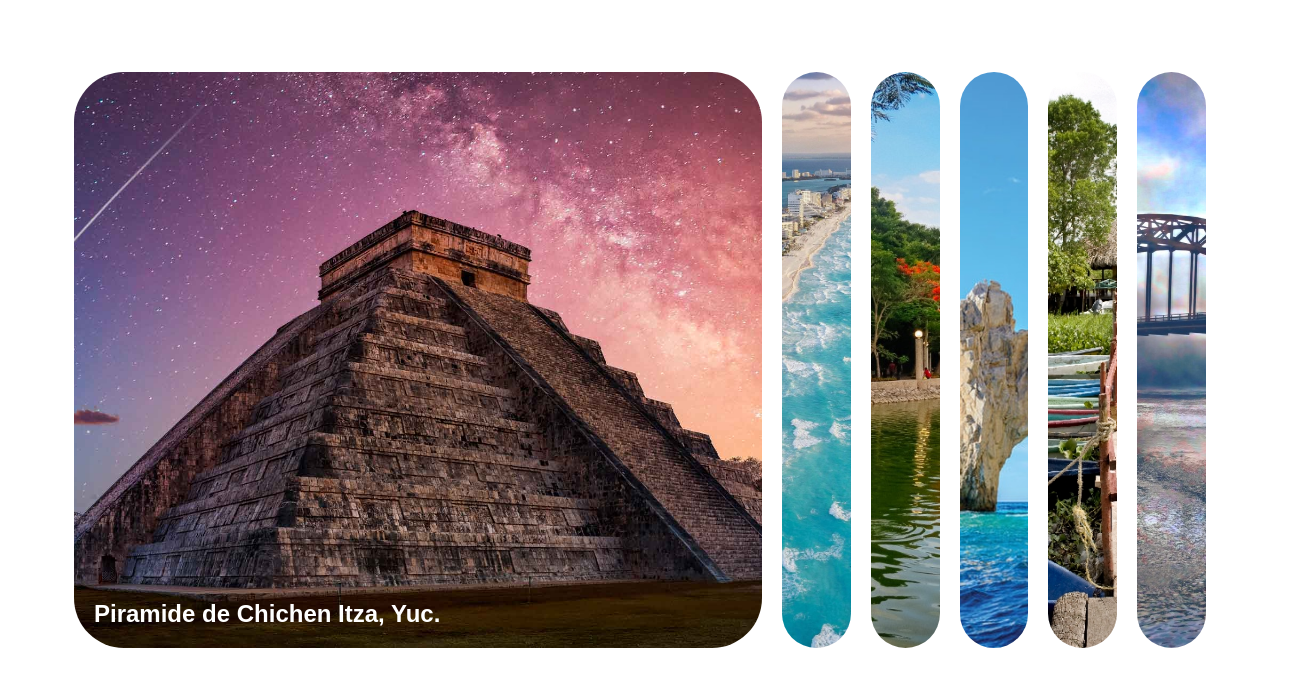
Repository: ElideZavala/Tarjetas-de-Imagenes
Page: index.html
An editor plug-in stored every save of this project. The page is shown before and after the next save, followed by the edit.
The browser window is 1280 px wide. The page is 1282 px wide, then 1310 px, so the pictures cover 1310 px, including what lies to the right of the window. The pictures show the whole page.
Some web fonts or font styles are not loaded; a fallback is used.

Above is the page before, as saved 2021-05-27 10:48:06.

### index.html
<!DOCTYPE html>
<html lang="es">
<head>
	<meta charset="UTF-8">
	<meta http-equiv="X-UA-Compatible" content="IE=edge">
	<meta name="viewport" content="width=device-width, initial-scale=1.0">
	<!-- <link rel="stylesheet" href="https://cdnjs.cloudflare.com/ajax/libs/font-awesome/5.15.3/css/all.min.css" integrity="sha512-iBBXm8fW90+nuLcSKlbmrPcLa0OT92xO1BIsZ+ywDWZCvqsWgccV3gFoRBv0z+8dLJgyAHIhR35VZc2oM/gI1w==" crossorigin="anonymous" referrerpolicy="no-referrer" /> -->
	<title>Fotos e Imagenes</title>
	<link rel="stylesheet" href="normalize.css">
	<link rel="stylesheet" href="./style.css">
</head>
<body>
	<div class="container">
		<div class="panel active" style="background-image: url(./assets/imagenes/piramide\ maya.jpg);">
			<h3>Piramide de Chichen Itza, Yuc.  </h3>
		</div>
		<div class="panel" style="background-image: url(./assets/imagenes/cancun.jpg);">
			<h3>Cancun, QR.</h3>
		</div>
		<div class="panel" style="background-image: url(./assets/imagenes/Villahermosa.jpg);">
			<h3>Villahermosa, Tab.</h3>
		</div>
		<div class="panel" style="background-image: url(./assets/imagenes/los-cabos.jpg);">
			<h3>Los cabos, BC.</h3>
		</div>
		<div class="panel" style="background-image: url(./assets/imagenes/TabascoHome3_960x651.jpg);">
			<h3>Pantanos de centla, Tab.</h3>
		</div>
		<div class="panel" style="background-image: url(./assets/imagenes/boca\ del\ cerro.jpg)">
			<h3>Tenosique, Tab.</h3>
		</div>

	</div>

	<script src="script.js"></script>
</body>
</html>

### style.css
@import url('https://fonts.googleapis.com/css?family=Muli&display=swap');

* {
	box-sizing: border-box;
}

body {
	font-family: 'Muli', sans-serif;
	display: flex;
	flex-direction: column;
	align-items: center;
	justify-content: center;
	height: 100vh;
	overflow: hidden;
	margin: 0;
}

.container {
	display: flex;
	width: 90vw;
}

.panel {
	background-size: cover;
	background-position: center;
	background-repeat: no-repeat;
	height: 80vh;
	border-radius: 50px;
	color: #fff;
	cursor: pointer;
	flex: 0.5;
	margin: 10px;
	position: relative;
	transition: flex 0.7s ease-in;
}

.panel h3 {
	font-size: 24px;
	position: absolute;
	bottom: 20px;
	left: 20px;
	margin: 0;
	opacity: 0;
}

.panel.active {
	flex: 5;
}

.panel.active h3 {
	opacity: 1;
	transition: opacity 0.3s ease-in 0.4s;
}

@media (max-width: 480px) {
	.container {
		width: 100vw;
	}

	.panel:nth-of-type(4),
	.panel:nth-of-type(5),
	.panel:nth-of-type(6) {
		display: none;
	}
}

### script.js
const panels = document.querySelectorAll('.panel');

panels.forEach(panel => {
	panel.addEventListener('click', () => {
		removeActiveClasses();
		panel.classList.add('active');
	});
});

function removeActiveClasses() {
	panels.forEach(panel => {
		panel.classList.remove('active');
	})
}

Loaded but not shown: normalize.css (library)

After the next save:
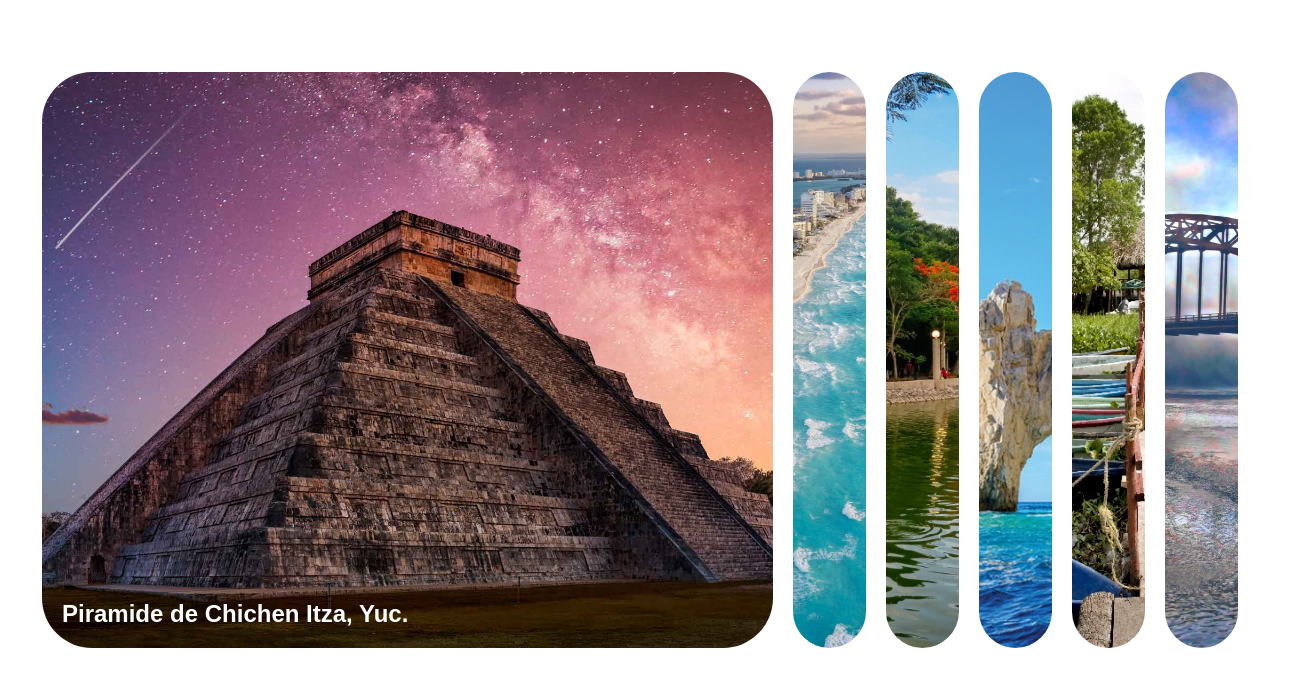
Saved 5 min 35 s later.
--- a/style.css
+++ b/style.css
@@ -17,7 +17,7 @@ body {
 
 .container {
 	display: flex;
-	width: 90vw;
+	width: 95vw;
 }
 
 .panel {
